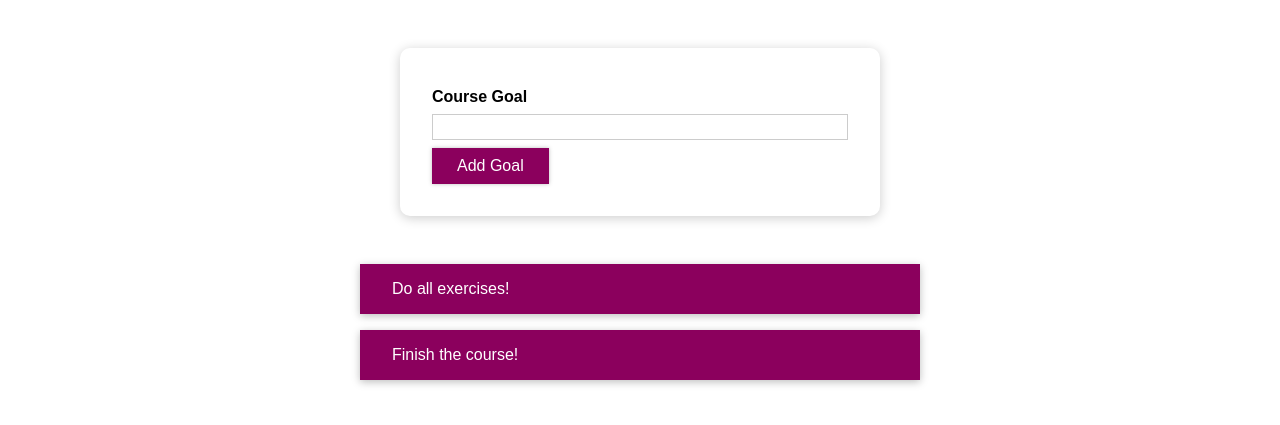
Repository: sohan2503001/Task-adder
Page: /
An editor plug-in stored every save of this project. The page is shown before and after a run of saves, followed by the edit.
The browser window is 1280 px wide. The pictures show the whole page.
The project was rebuilt for these pictures with package versions that can differ from the ones it lists, and the page was loaded fresh each time.

Above is the page before, as saved 2021-04-22 21:44:14.

### src/components/CourseGoals/CourseInput/CourseInput.js
import React, { useState } from 'react';

import Button from '../../UI/Button/Button';
import './CourseInput.css';

const CourseInput = props => {
  const [enteredValue, setEnteredValue] = useState('');
  const [isValid, setIsValid] = useState(true);

  const goalInputChangeHandler = event => {
    setEnteredValue(event.target.value);
  };

  const formSubmitHandler = event => {
    event.preventDefault();
    if(enteredValue.trim().length === 0){
      setIsValid(false);
      return;
    }
    props.onAddGoal(enteredValue);
  };

  return (
    <form onSubmit={formSubmitHandler}>
      <div className="form-control">
        <label style={{color: !isValid ? 'red' : 'black'}}>Course Goal</label>
        <input style={{color: !isValid ? 'red' : 'black'}} type="text" onChange={goalInputChangeHandler} />
      </div>
      <Button type="submit">Add Goal</Button>
    </form>
  );
};

export default CourseInput;

Loaded but not shown: public/index.html (common file); src/index.js (common file); src/index.css (common file); src/App.js (common file); src/components/CourseGoals/CourseGoalList/CourseGoalList.js (common file); src/App.css (common file); src/components/CourseGoals/CourseGoalItem/CourseGoalItem.js (common file); src/components/CourseGoals/CourseGoalList/CourseGoalList.css (common file); src/components/UI/Button/Button.js (common file); src/components/CourseGoals/CourseInput/CourseInput.css (common file); src/components/CourseGoals/CourseGoalItem/CourseGoalItem.css (common file); src/components/UI/Button/Button.css (common file)

After the next 3 saves:
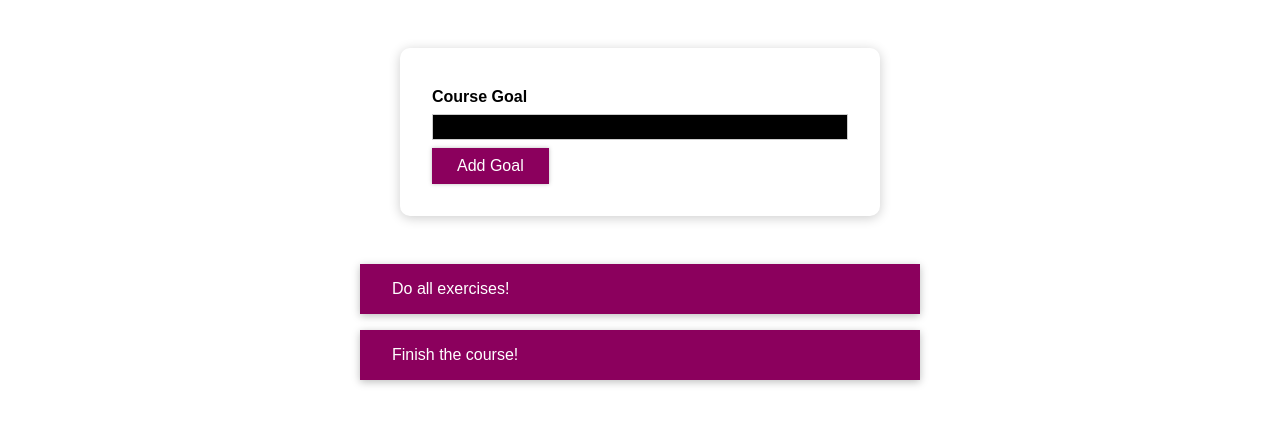
The 3 saves are shown as one change because they came seconds apart.
The last was saved 20 s later.
--- a/src/components/CourseGoals/CourseInput/CourseInput.js
+++ b/src/components/CourseGoals/CourseInput/CourseInput.js
@@ -24,7 +24,7 @@
     <form onSubmit={formSubmitHandler}>
       <div className="form-control">
         <label style={{color: !isValid ? 'red' : 'black'}}>Course Goal</label>
-        <input style={{color: !isValid ? 'red' : 'black'}} type="text" onChange={goalInputChangeHandler} />
+        <input style={{backgroundColor: !isValid ? 'red' : 'black'}} type="text" onChange={goalInputChangeHandler} />
       </div>
       <Button type="submit">Add Goal</Button>
     </form>
